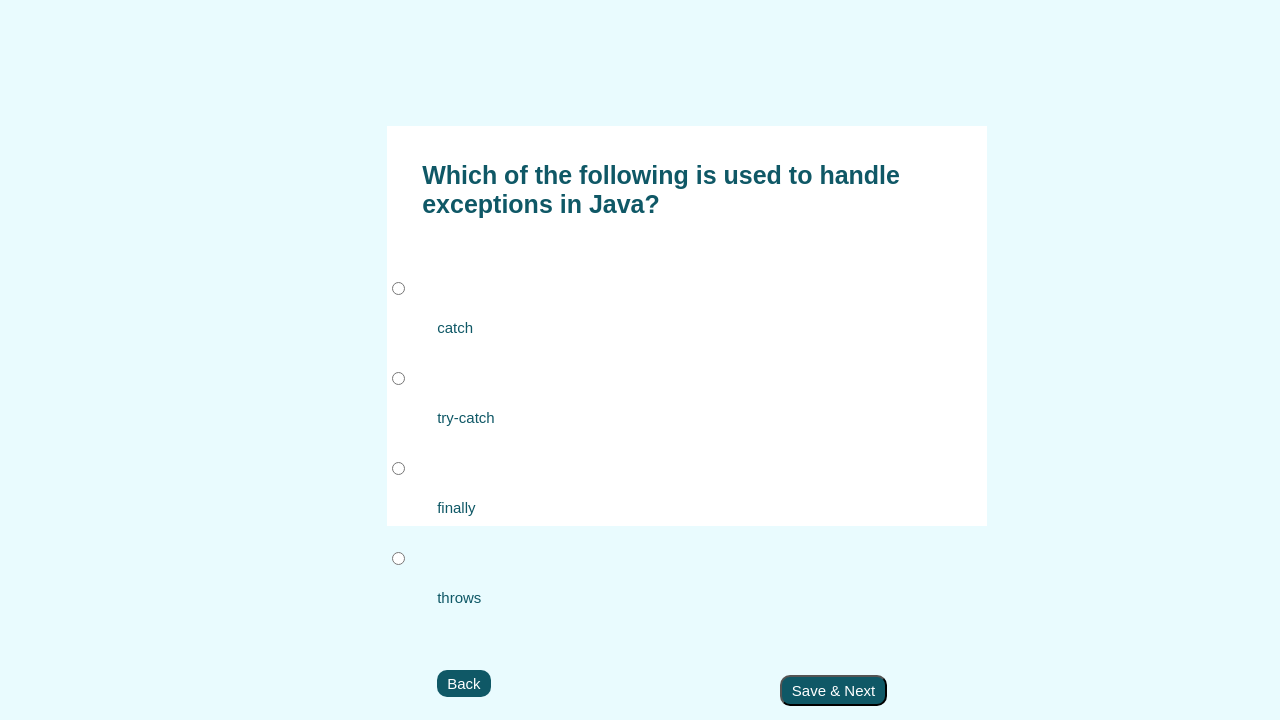
Repository: Rupali-8062Chourasiya5279/Internship_Task_Rupali
Page: Programming Language/quiz/QuizApp/src/main/webapp/First.html
An editor plug-in stored every save of this project. The page is shown before and after the next save, followed by the edit.
The browser window is 1280 px wide. The pictures show the whole page.

Above is the page before, as saved 2025-01-24 13:48:21.

After the next save:
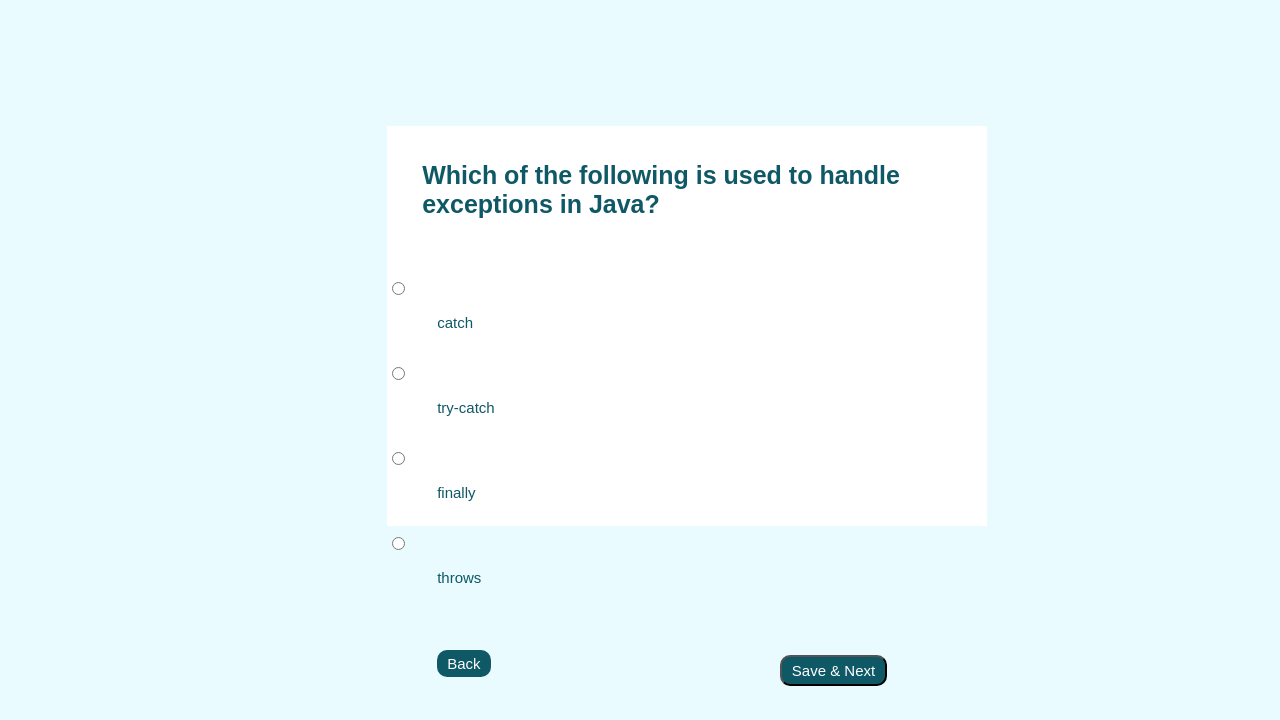
Saved 17 s later.
--- a/Programming Language/quiz/QuizApp/src/main/webapp/First.html
+++ b/Programming Language/quiz/QuizApp/src/main/webapp/First.html
@@ -39,7 +39,6 @@ margin-top: 10%;
  {
  color:#0f5866;
  font-family: sans-serif;
- padding-top:5px;
  margin-left:50px;
  font-size: 15px;
  }
